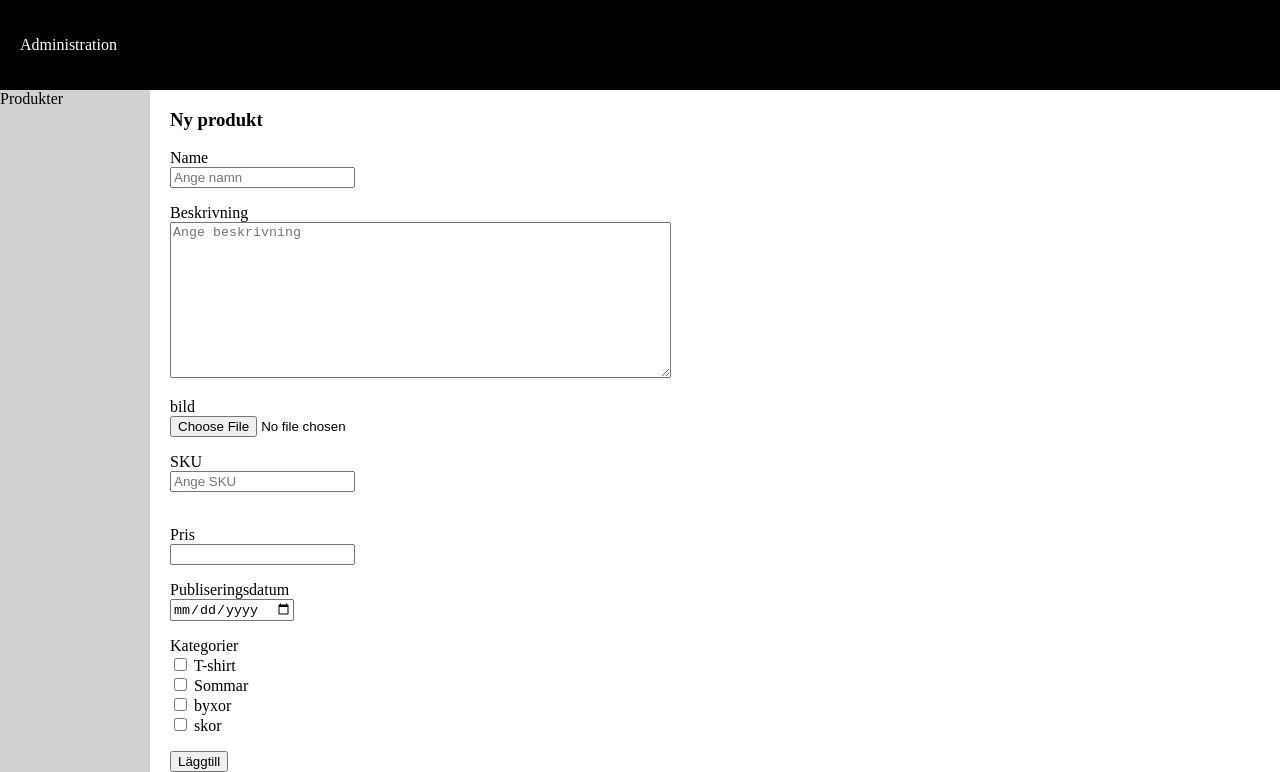
Repository: Kalle1995/project
Page: Nyproduckt.html
These files come from the project's save history. The page is drawn as it stood at one moment and after the next save; the edit follows.
The browser window is 1280 px wide. The pictures show the whole page.

Above is the page before, as saved 2024-10-06 21:12:01.

After the next save:
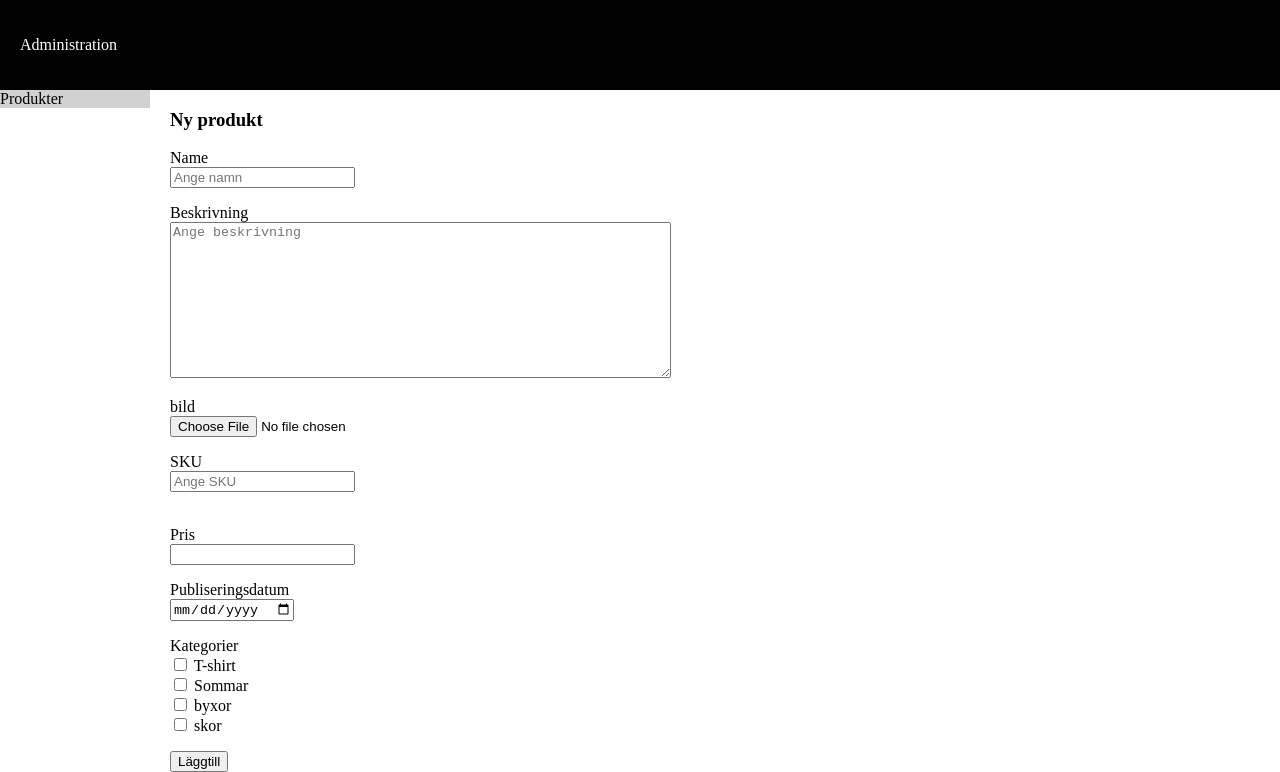
Saved 4 min 6 s later.
--- a/main.css
+++ b/main.css
@@ -2,7 +2,6 @@ body {
     margin: 0;
     padding: 0;
     font-size: 2em;
-    display: grid;
 }
 
 
